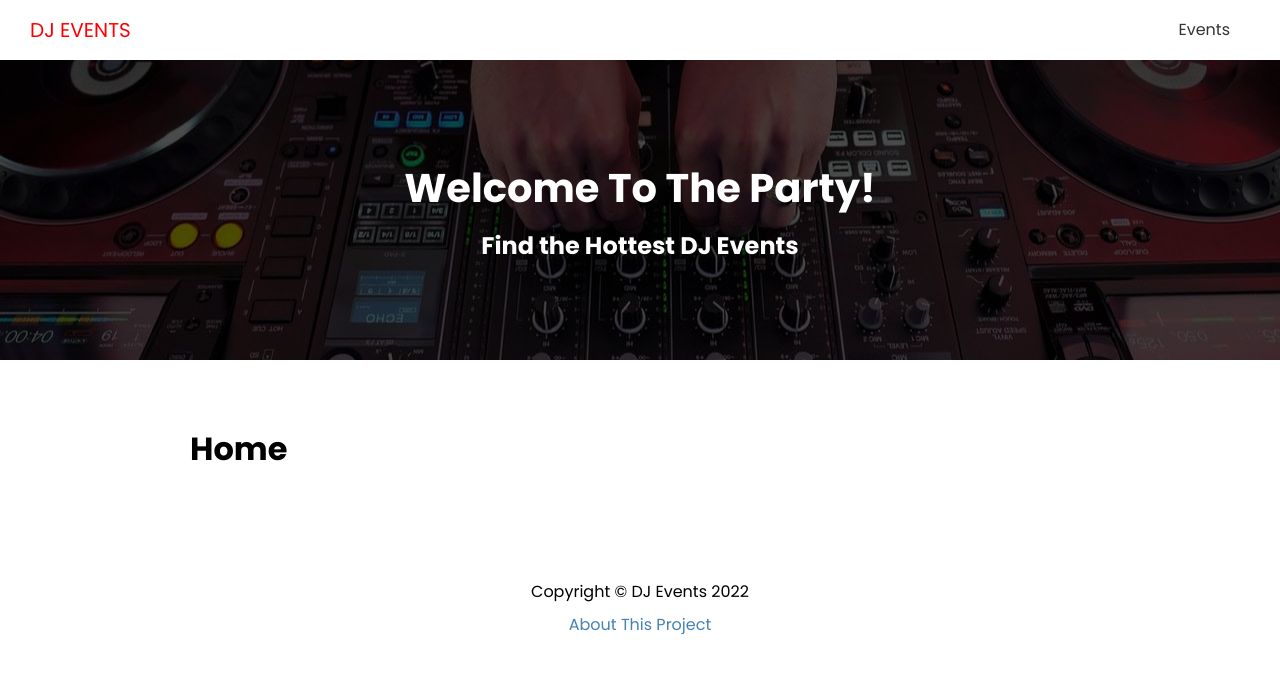
Repository: apolloproductionsdj/dj-events-frontend
Page: /
An editor plug-in stored every save of this project. The page is shown before and after the next save, followed by the edit.
The browser window is 1280 px wide. The pictures show the whole page.
The project was rebuilt for these pictures with package versions that can differ from the ones it lists, and the page was loaded fresh each time. The framework's server and built-in components were replaced by stand-ins that run in the browser. Also part of the build but not shown: next.config.js.

Above is the page before, as saved 2022-03-22 12:07:55.

After the next save:
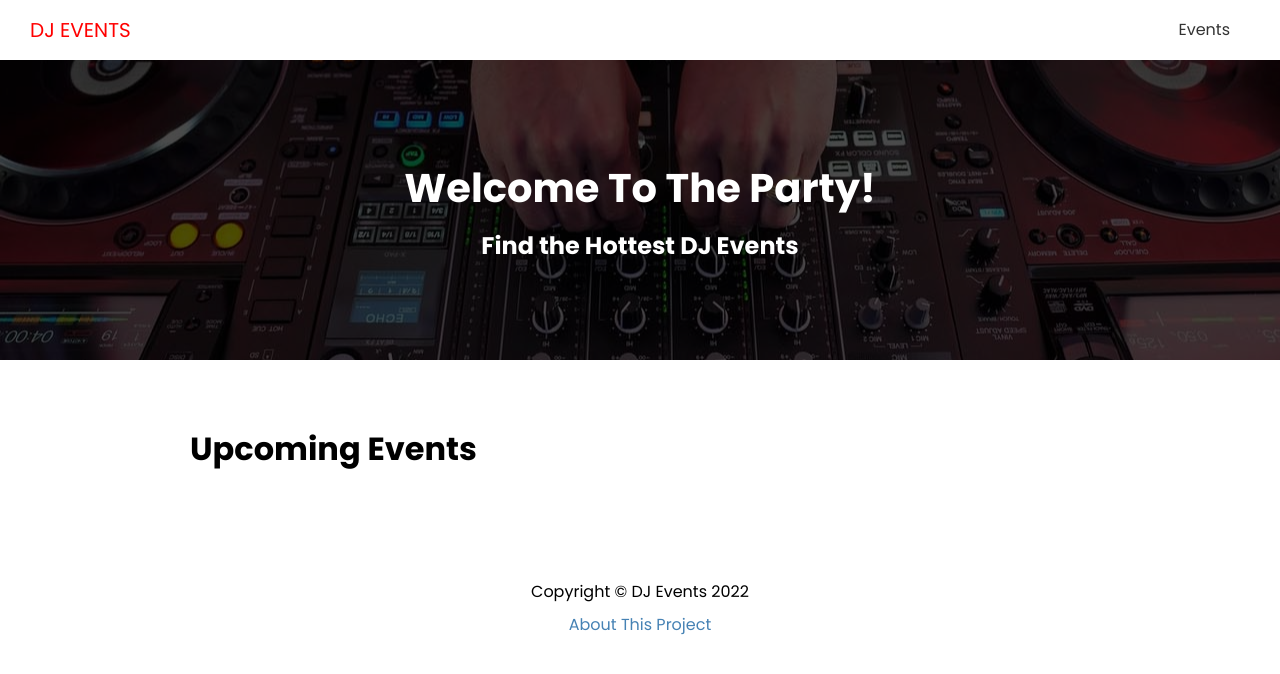
Saved 6 min 20 s later.
--- a/pages/index.js
+++ b/pages/index.js
@@ -3,7 +3,7 @@ import Layout from "@/components/Layout";
 export default function HomePage() {
   return (
     <Layout>
-      <h1>Home</h1>
+      <h1>Upcoming Events</h1>
     </Layout>
   );
 }
